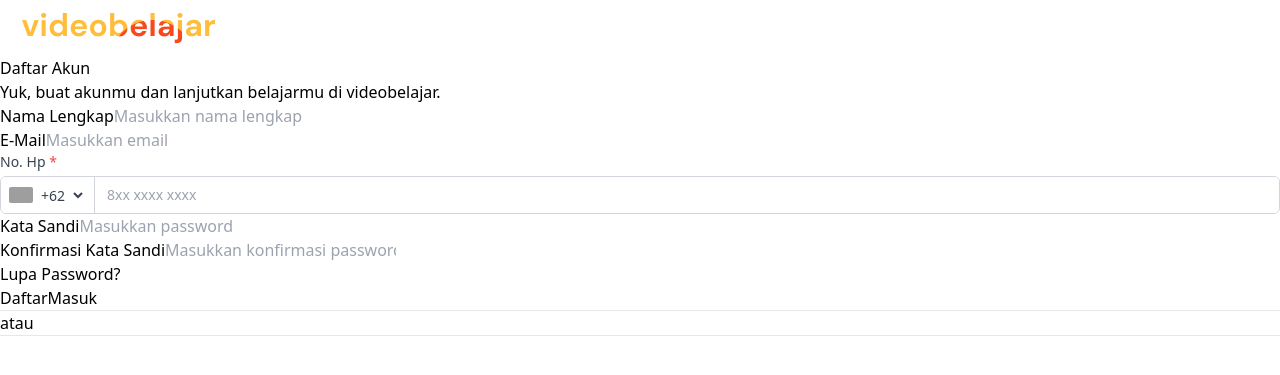
Repository: dimascahyanugraha/Course-Mission-4
Page: /signup
The author's editor kept a copy of each file at every save. The page is drawn from the files as they stood at one save, then again after the next save.
The browser window is 1280 px wide. The pictures show the whole page.
Pictures or frames that could not be fetched are drawn as grey boxes. The project was rebuilt for these pictures with package versions that can differ from the ones it lists, and the page was loaded fresh each time. Also part of the build but not shown: vite.config.js, src/components/LoginPage.jsx.

Above is the page before, as saved 2026-05-29 10:35:24.

After the next save:
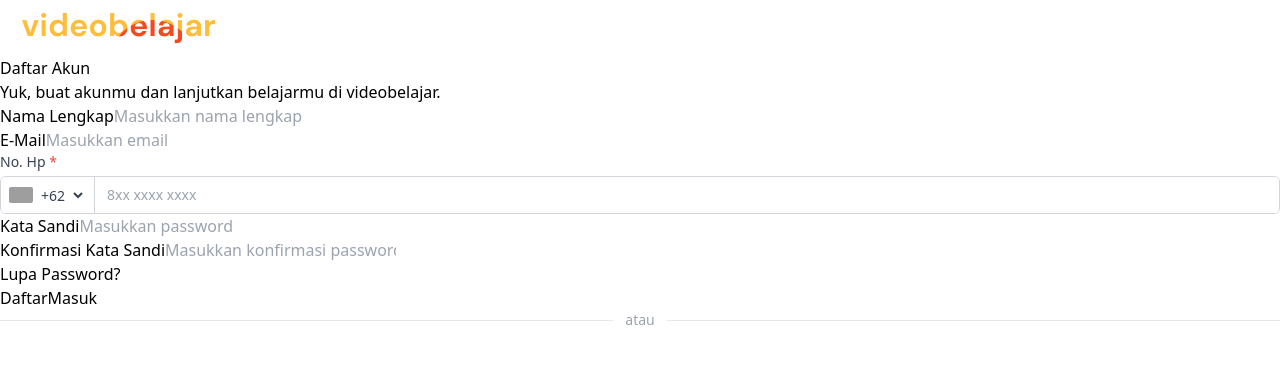
Saved 30 s later.
--- a/src/components/Signup.jsx
+++ b/src/components/Signup.jsx
@@ -65,7 +65,8 @@
         </div>
         <button>Daftar</button>
         <button>Masuk</button>
-        <div>
+        {/* DIVIDER */}
+        <div className="flex items-center gap-3 text-gray-400 text-sm">
           <hr className="flex-1 border-gray-200" />
           atau
           <hr className="flex-1 border-gray-200" />

After the save that followed:
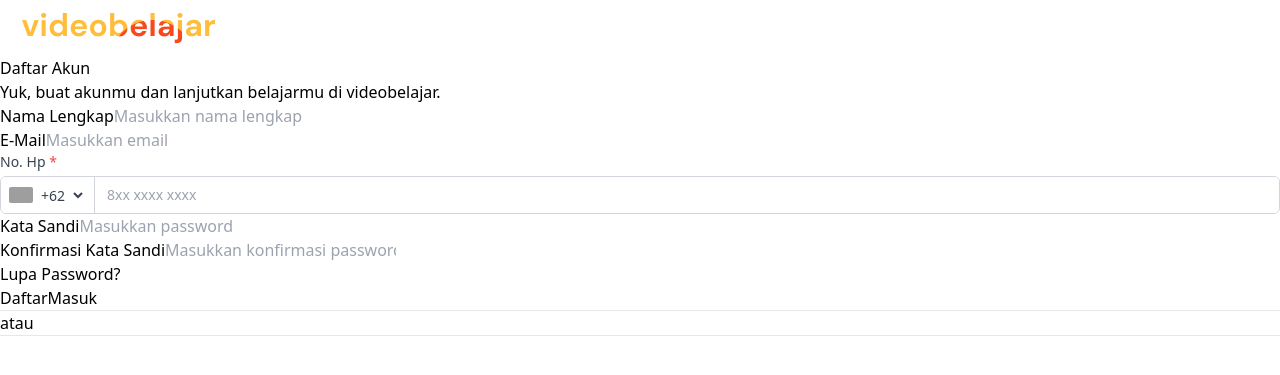
Saved 15 s later.
--- a/src/components/Signup.jsx
+++ b/src/components/Signup.jsx
@@ -65,8 +65,7 @@
         </div>
         <button>Daftar</button>
         <button>Masuk</button>
-        {/* DIVIDER */}
-        <div className="flex items-center gap-3 text-gray-400 text-sm">
+        <div>
           <hr className="flex-1 border-gray-200" />
           atau
           <hr className="flex-1 border-gray-200" />
